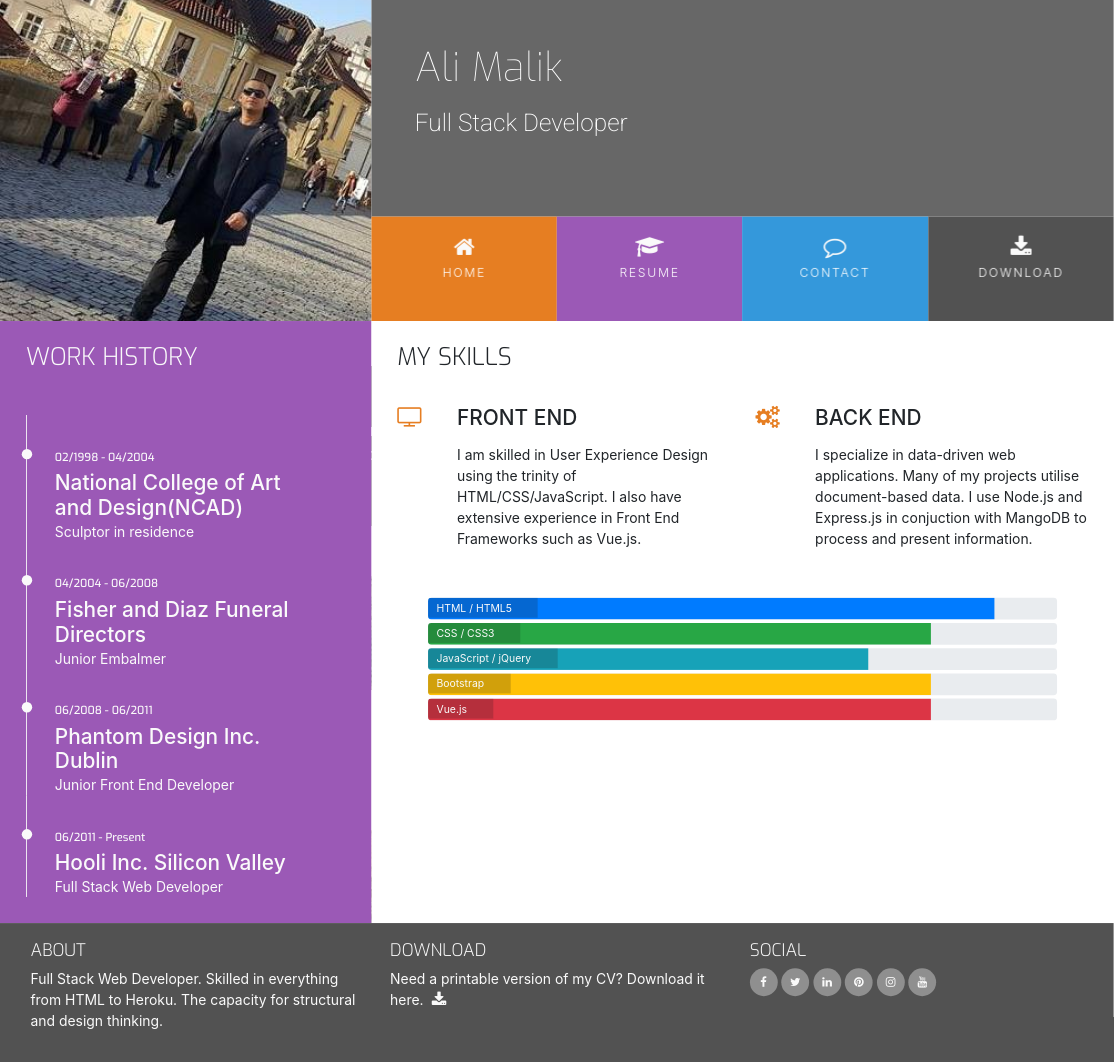
Repository: anmalik82/Padding-Top
Page: resume.html
The author's editor kept a record of every edit. The page is drawn from the files as they stood at one moment, then again after the next edit.
The browser window is 1280 px wide. The pictures show the whole page, at 87% of full size.
Some web libraries are served in a nearby version.

Above is the page before.

After the next edit:
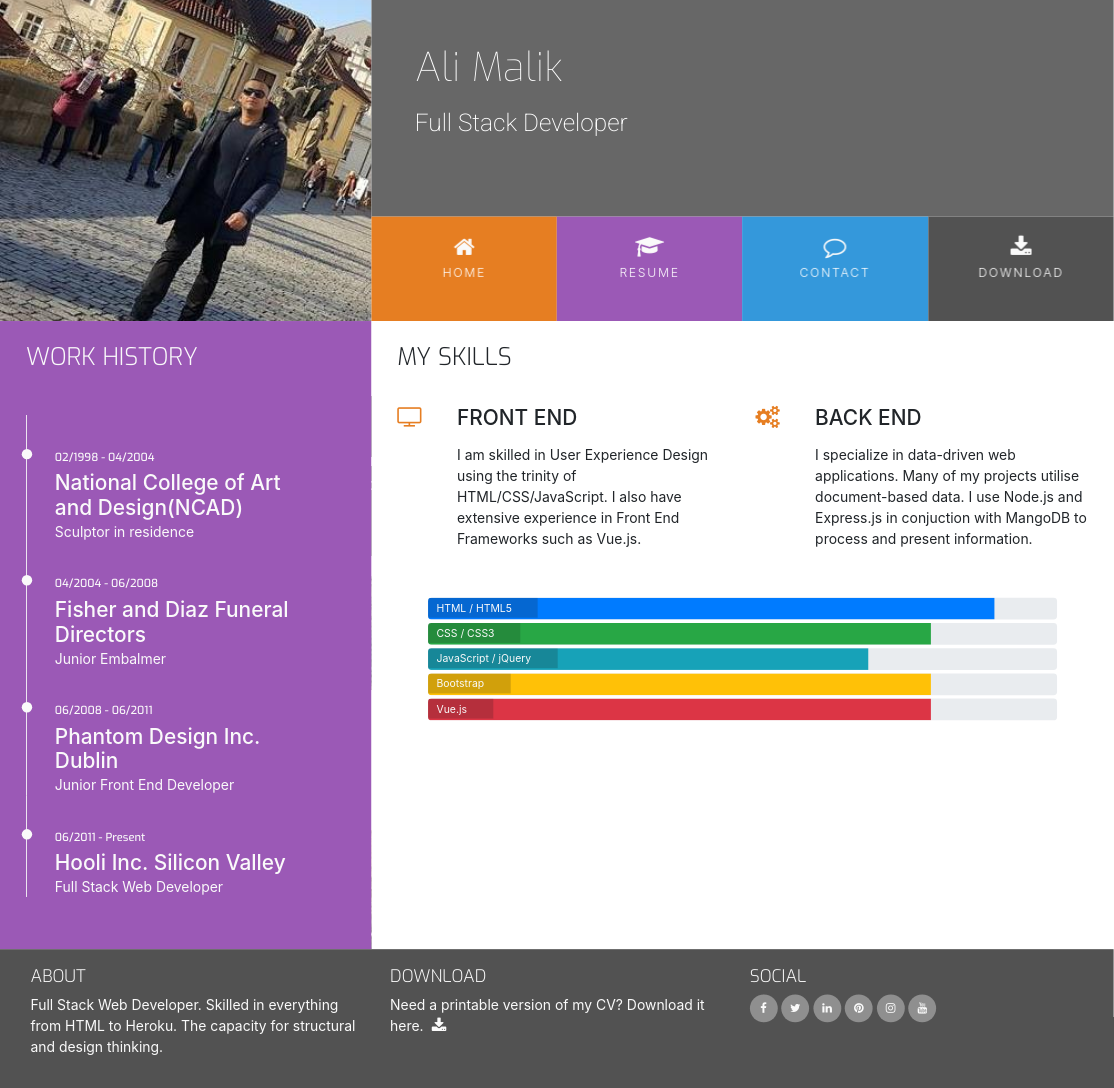
The edit:
--- a/resume.html
+++ b/resume.html
@@ -58,21 +58,23 @@
                         </h3>
                     </div>
                 </div>
-                <div class="timeline-item" data-dates="02/1998 - 04/2004">
-                    <h4>National College of Art and Design(NCAD)</h4>
-                    <p>Sculptor in residence</p>
-                </div>
-                <div class="timeline-item" data-dates="04/2004 - 06/2008">
-                    <h4>Fisher and Diaz Funeral Directors</h4>
-                    <p>Junior Embalmer</p>
-                </div>
-                <div class="timeline-item" data-dates="06/2008 - 06/2011">
-                    <h4>Phantom Design Inc. Dublin</h4>
-                    <p>Junior Front End Developer</p>
-                </div>
-                <div class="timeline-item" data-dates="06/2011 - Present">
-                    <h4>Hooli Inc. Silicon Valley</h4>
-                    <p>Full Stack Web Developer</p>
+                <div class="history-items">
+                    <div class="timeline-item" data-dates="02/1998 - 04/2004">
+                        <h4>National College of Art and Design(NCAD)</h4>
+                        <p>Sculptor in residence</p>
+                    </div>
+                    <div class="timeline-item" data-dates="04/2004 - 06/2008">
+                        <h4>Fisher and Diaz Funeral Directors</h4>
+                        <p>Junior Embalmer</p>
+                    </div>
+                    <div class="timeline-item" data-dates="06/2008 - 06/2011">
+                        <h4>Phantom Design Inc. Dublin</h4>
+                        <p>Junior Front End Developer</p>
+                    </div>
+                    <div class="timeline-item" data-dates="06/2011 - Present">
+                        <h4>Hooli Inc. Silicon Valley</h4>
+                        <p>Full Stack Web Developer</p>
+                    </div>
                 </div>
             </div>
             <div class="col-md-8 bg-color-three-reasons section-column">
